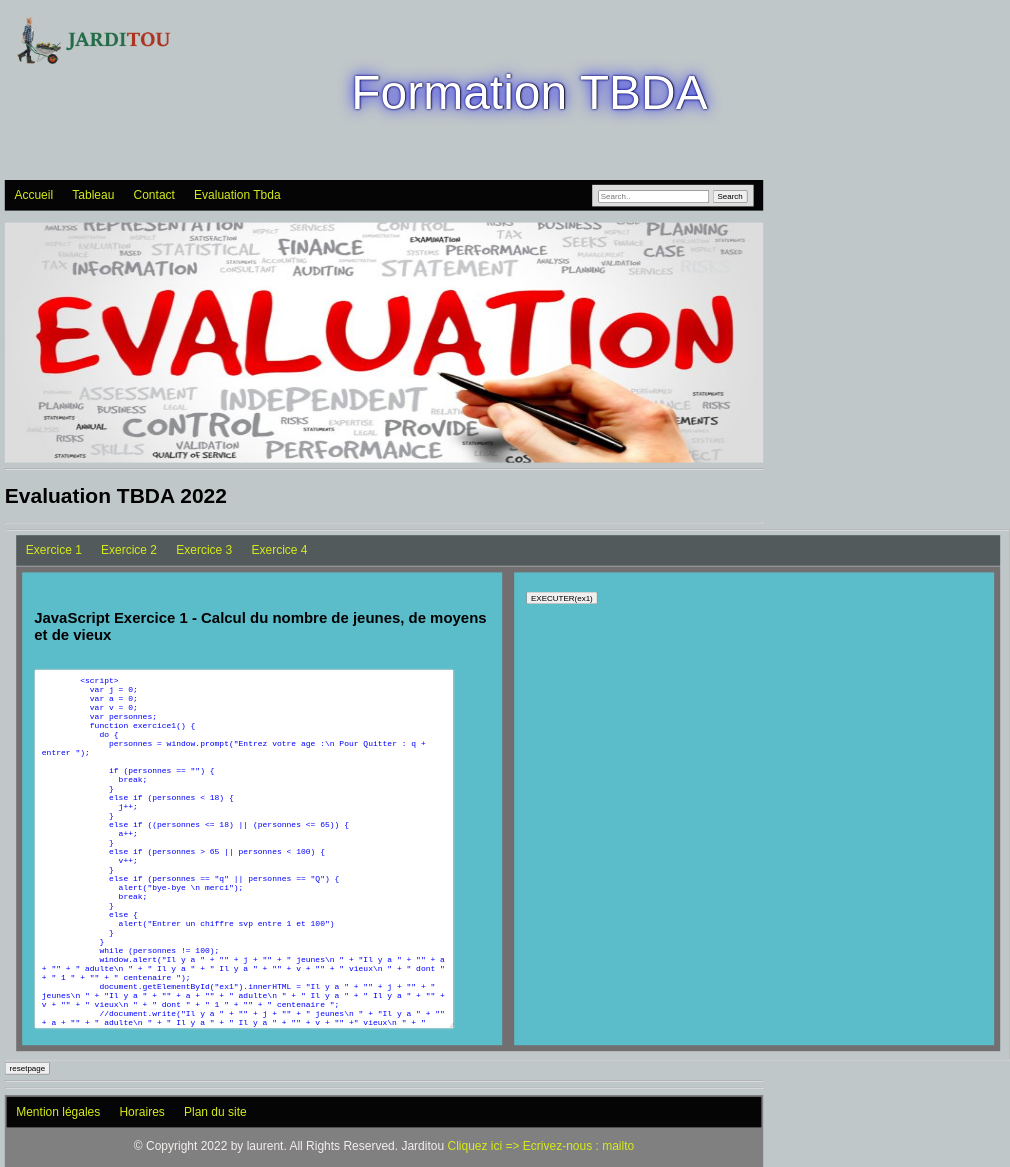
Repository: laurentbul/jarditou
Page: javascript/EvaluationTbda/eval_ex1.html
The author's editor kept a copy of each file at every save. The page is drawn from the files as they stood at one save, then again after the next save.
The browser window is 1280 px wide. The page is 1684 px wide, so the pictures cover 1684 px, including what lies to the right of the window. The pictures show the whole page, at 60% of full size.
An inner scrolling area shows only its first screen.

Above is the page before, as saved 2022-12-15 03:31:05.

After the next save:
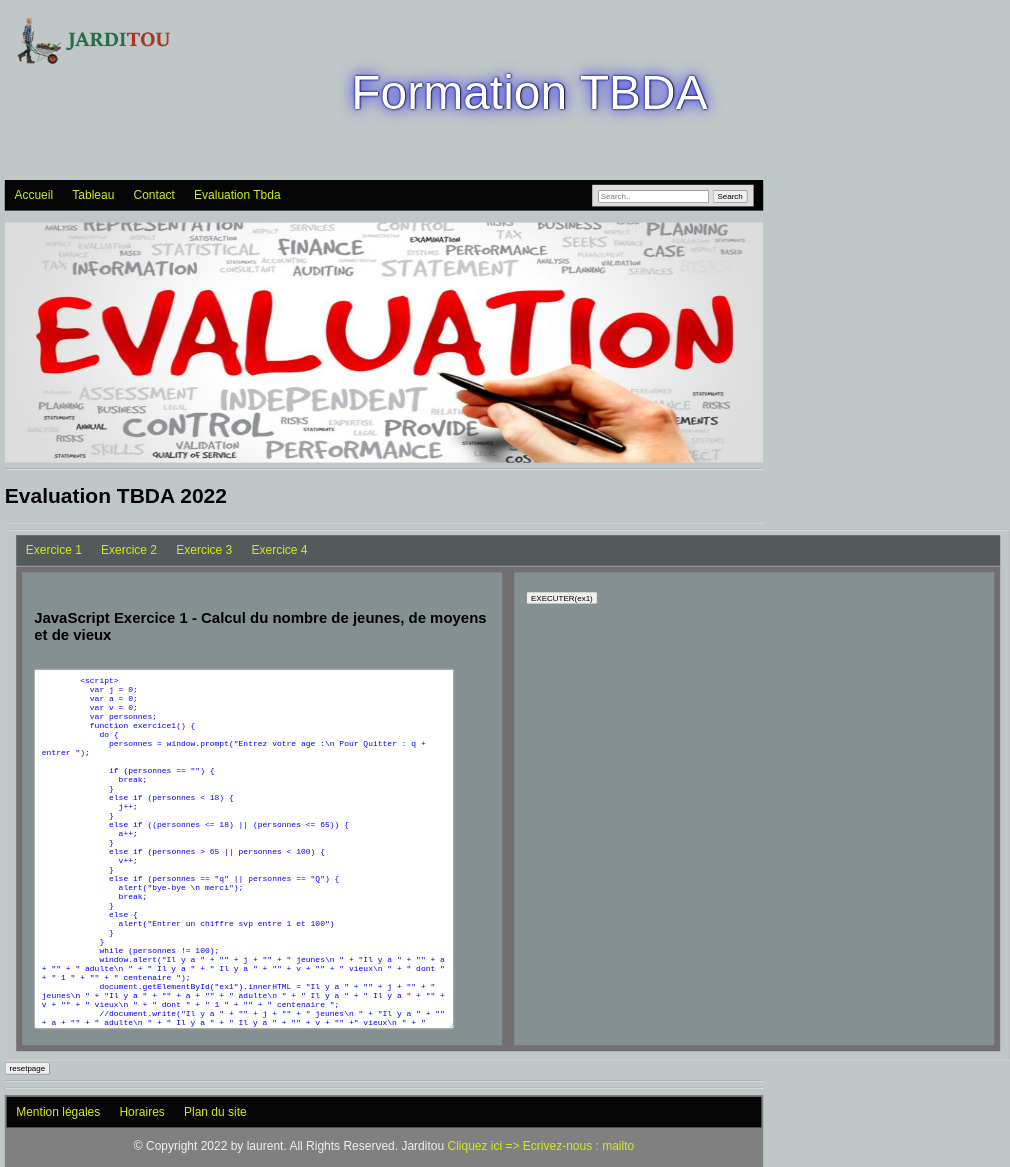
Saved 90 s later.
--- a/javascript/EvaluationTbda/eval_ex1.html
+++ b/javascript/EvaluationTbda/eval_ex1.html
@@ -16,7 +16,7 @@
     }
 
     .flex-container2>div {
-      background-color: #5cbdca;
+      background-color: #859092;
       margin: 10px;
       padding: 20px;
       font-size: 30px;
